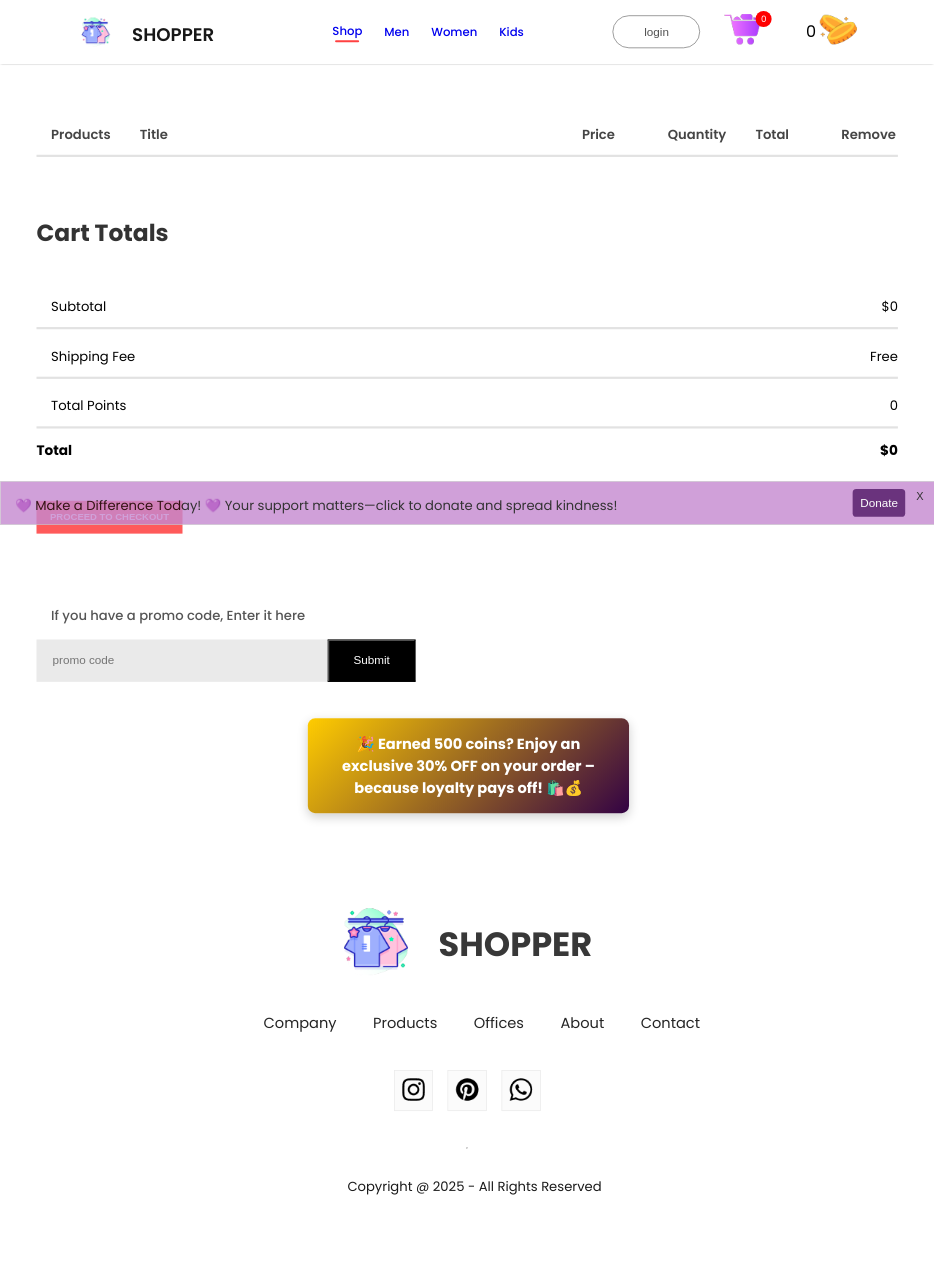
Repository: PayalJakhar/Shoppers-E-commerce-Website
Page: /cart (app in frontend/)
An editor plug-in stored every save of this project. The page is shown before and after a run of saves, followed by the edit.
The browser window is 1280 px wide. The pictures show the whole page, at 73% of full size.
The page's requests for data from a server got no answer. The project was rebuilt for these pictures with package versions that can differ from the ones it lists, and the page was loaded fresh each time. No one was signed in, and anything a server would have sent is missing. Also part of the build but not shown: frontend/src/App.css, frontend/src/Components/Hero/Hero.css, frontend/src/Components/Hero/Hero.jsx, frontend/src/Components/Popular/Popular.css, frontend/src/Components/Item/Item.css, frontend/src/Components/Item/Item.jsx, frontend/src/Components/Popular/Popular.jsx, frontend/src/Components/Offers/Offers.css and 21 more.

Above is the page before, as saved 2025-02-07 23:44:51.

After the next 4 saves:
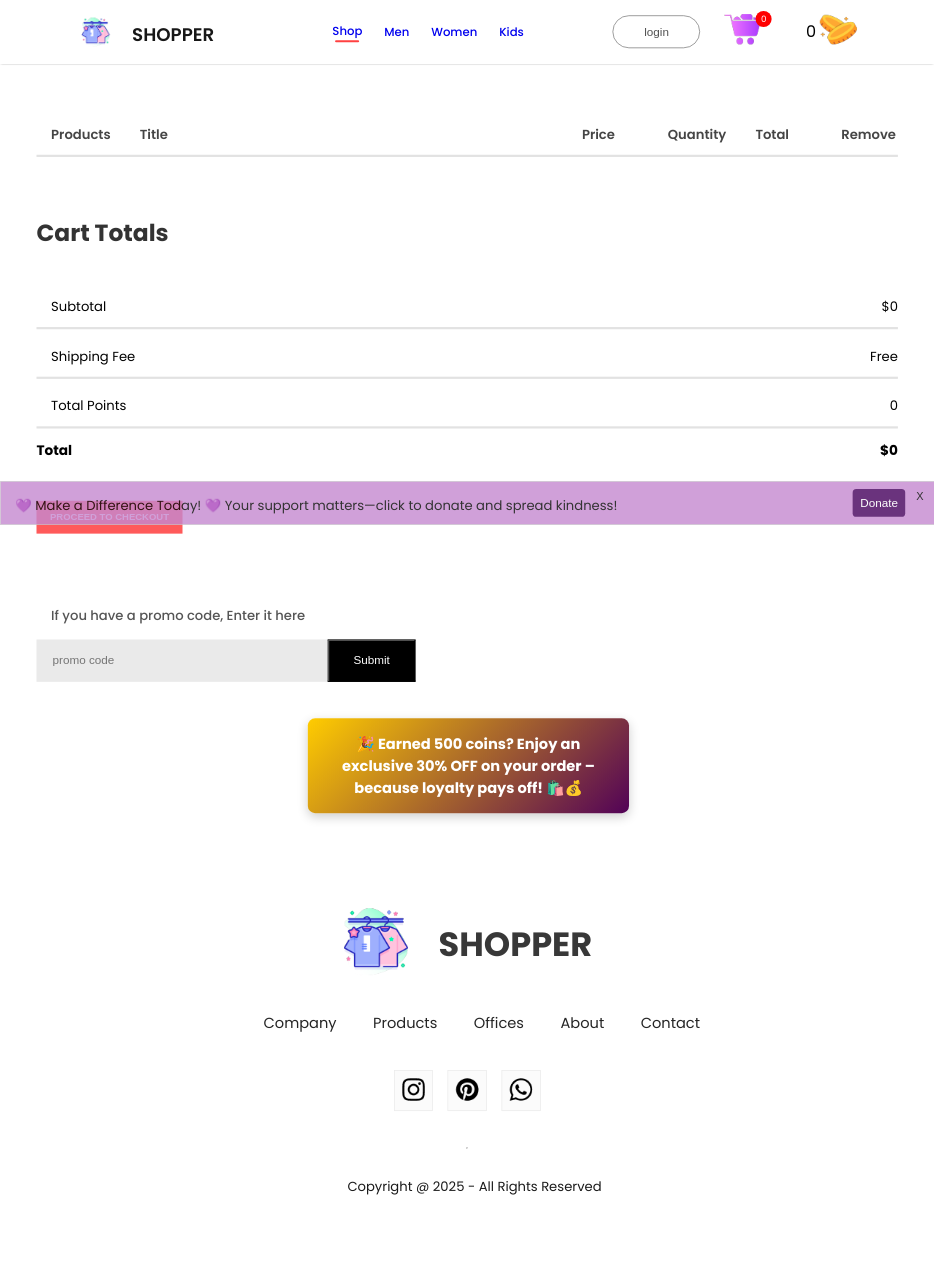
The 4 saves are shown as one change because they came seconds apart.
The last was saved 31 s later.
--- a/frontend/src/Components/CartItems/CartItems.css
+++ b/frontend/src/Components/CartItems/CartItems.css
@@ -106,7 +106,7 @@
   }
 
   .animated-box {
-    background: linear-gradient(135deg, #ffcc00, #330244);
+    background: linear-gradient(135deg, #ffcc00, #520257);
     color: white;
     font-size: 20px;
     font-weight: bold;
